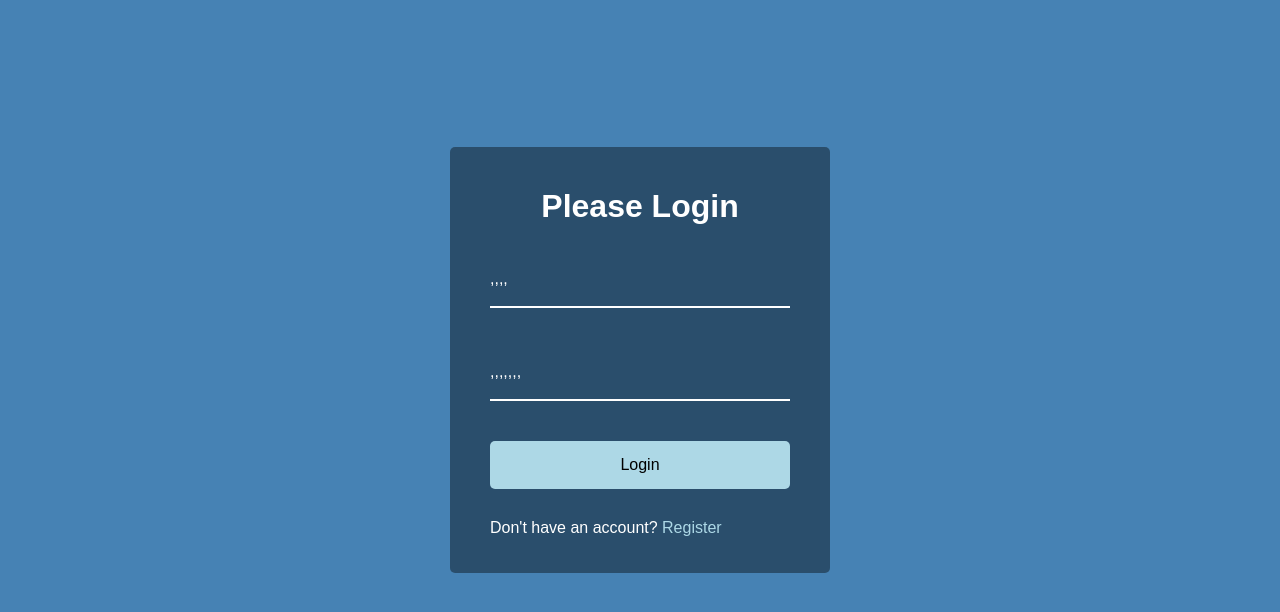
Repository: thecoachanna/form-animation
Page: index.html
These files come from the project's save history. The page is drawn as it stood at one moment and after a run of saves; the edit follows.
The browser window is 1280 px wide. The pictures show the whole page.
Some web fonts or font styles are not loaded; a fallback is used.

Above is the page before, as saved 2023-02-26 10:07:15.

After the next 3 saves:
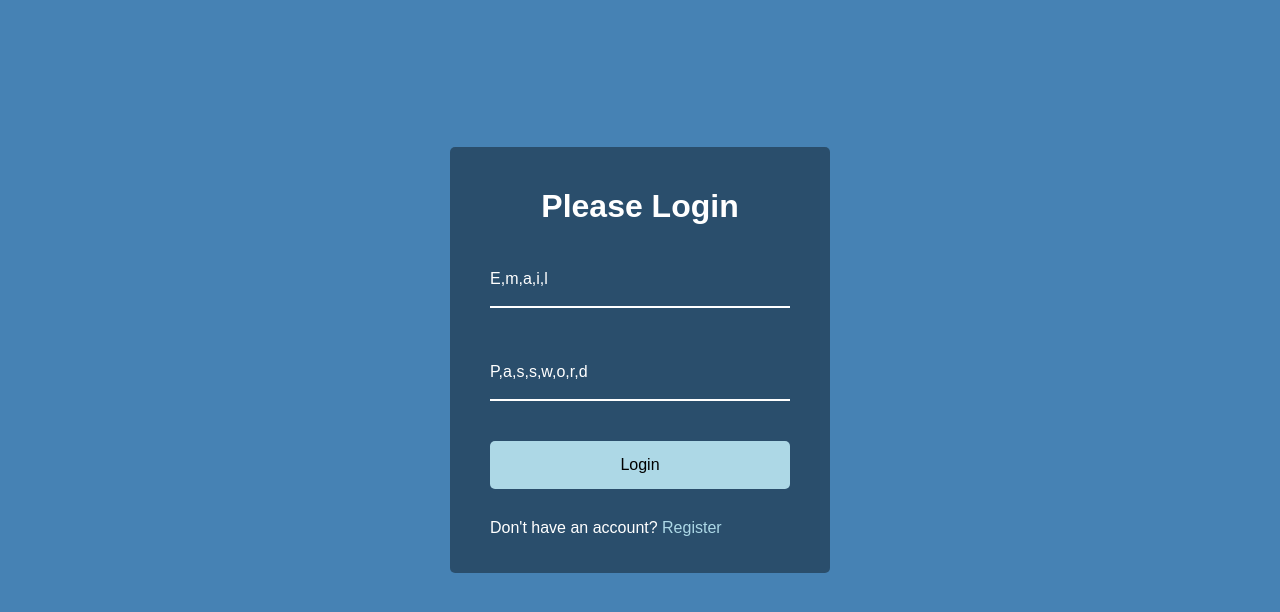
The 3 saves are shown as one change because they came seconds apart.
The last was saved 9 s later.
--- a/script.js
+++ b/script.js
@@ -3,5 +3,5 @@ const labels = document.querySelectorAll('.form-control label')
 labels.forEach(label => {
     label.innerHTML = label.innerText
         .split('')
-    .map((letter, idx) => `<span></span>`)
+    .map((letter, idx) => `<span>${letter}</span>`)
 })
